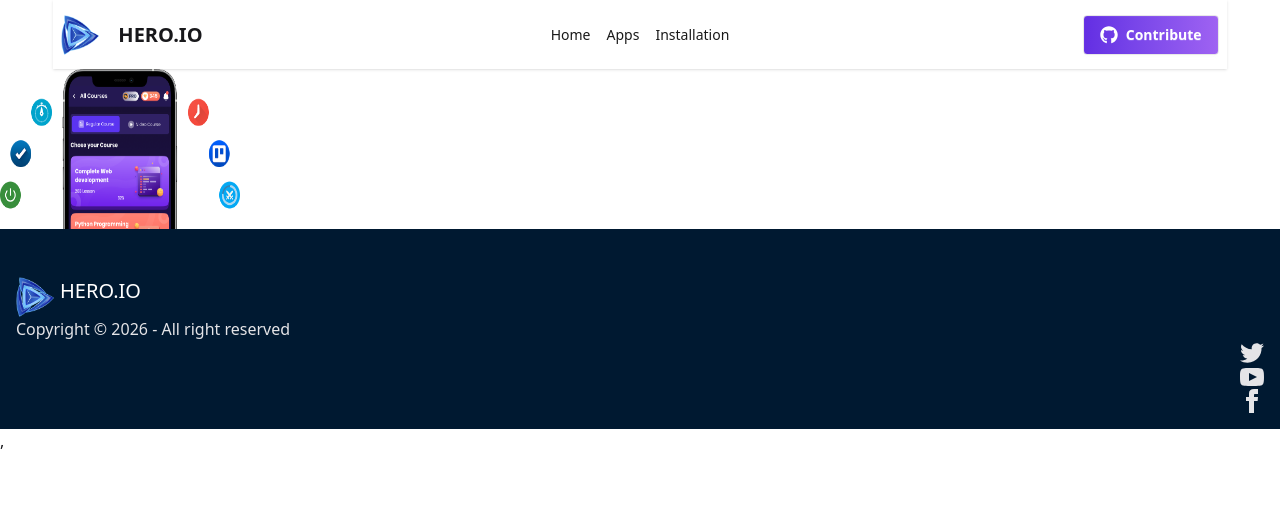
Repository: SanjidaSnigdha/Hero-app-vite-project
Page: /
The author's editor kept a copy of each file at every save. The page is drawn from the files as they stood at one save, then again after a run of saves.
The browser window is 1280 px wide. The pictures show the whole page.
The project was rebuilt for these pictures with package versions that can differ from the ones it lists, and the page was loaded fresh each time. Also part of the build but not shown: vite.config.js, src/App.css, src/App.jsx, src/Pages/ErrorPages/ErrorPage.jsx.

Above is the page before, as saved 2026-05-23 19:43:32.

After the next 6 saves:
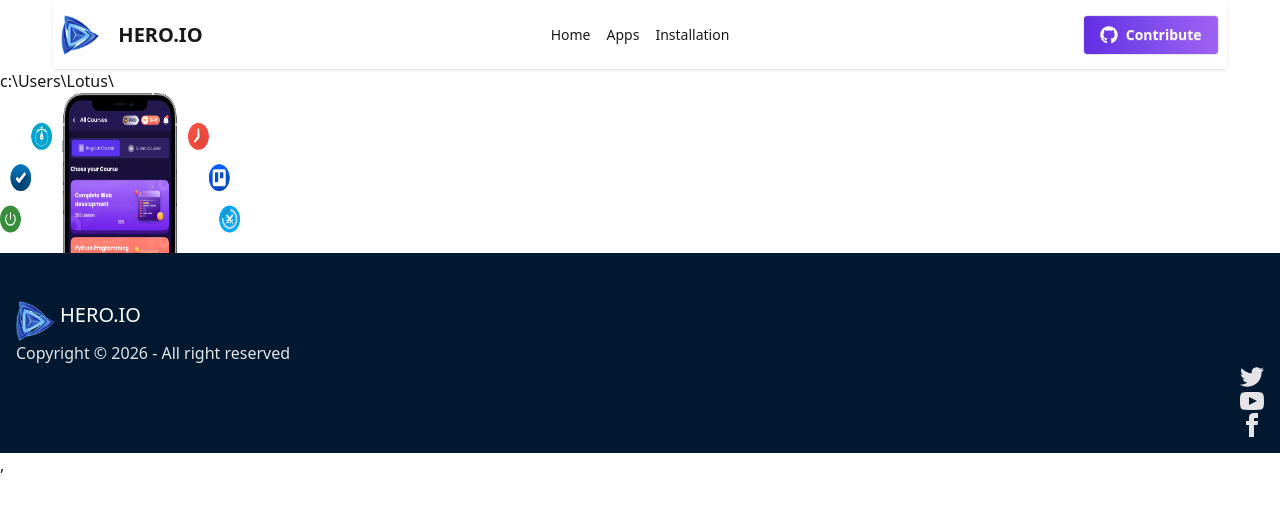
The 6 saves are shown as one change because they came seconds apart.
The last was saved 28 s later.
--- a/src/Components/Banner/Banner.jsx
+++ b/src/Components/Banner/Banner.jsx
@@ -4,7 +4,7 @@
 const Banner = () => {
     return (
         <div>
-            <h1></h1>
+            <h1>c:\Users\Lotus\</h1>
             <img src={bannerImg} alt="" className='w-60 h-40 items-center justify-center'/>
         </div>
     );
